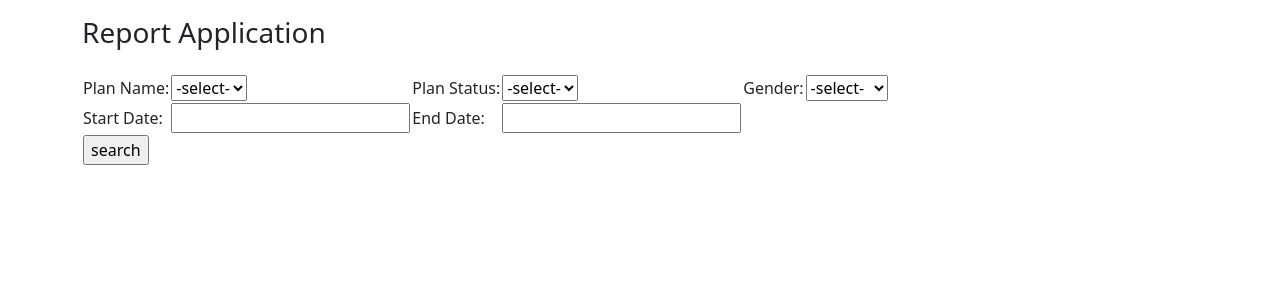
Repository: dubeygaurav52/SpringBoot_Microservices_Concepts
Page: http://localhost/01_Report_App/pages/index.jsp
An editor plug-in stored every save of this project. The page is shown before and after the next save, followed by the edit.
The browser window is 1280 px wide. The pictures show the whole page.
The page is served by Tomcat 9.

Above is the page before, as saved 2025-05-01 14:32:03.

After the next save:
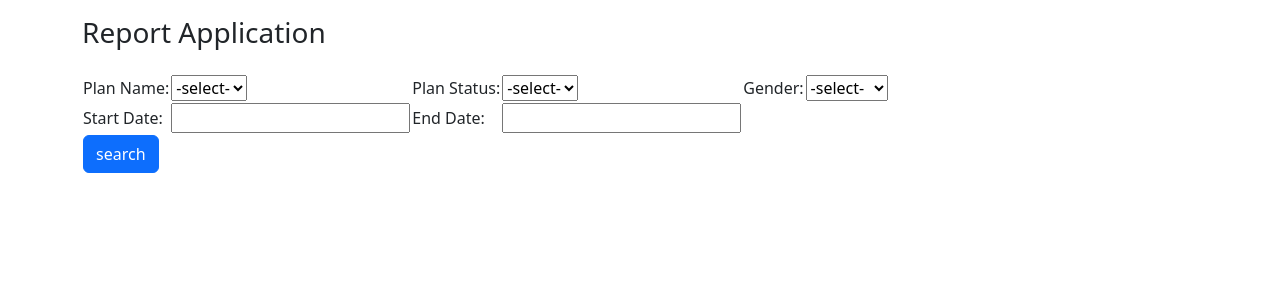
Saved 37 s later.
--- a/01_Report_App/src/main/webapp/pages/index.jsp
+++ b/01_Report_App/src/main/webapp/pages/index.jsp
@@ -55,7 +55,7 @@
 
 <tr>
 <td>
-<input type="submit" value="search"></input>
+<input type="submit" value="search" class="btn btn-primary"></input>
 </td>
 </tr>
 
